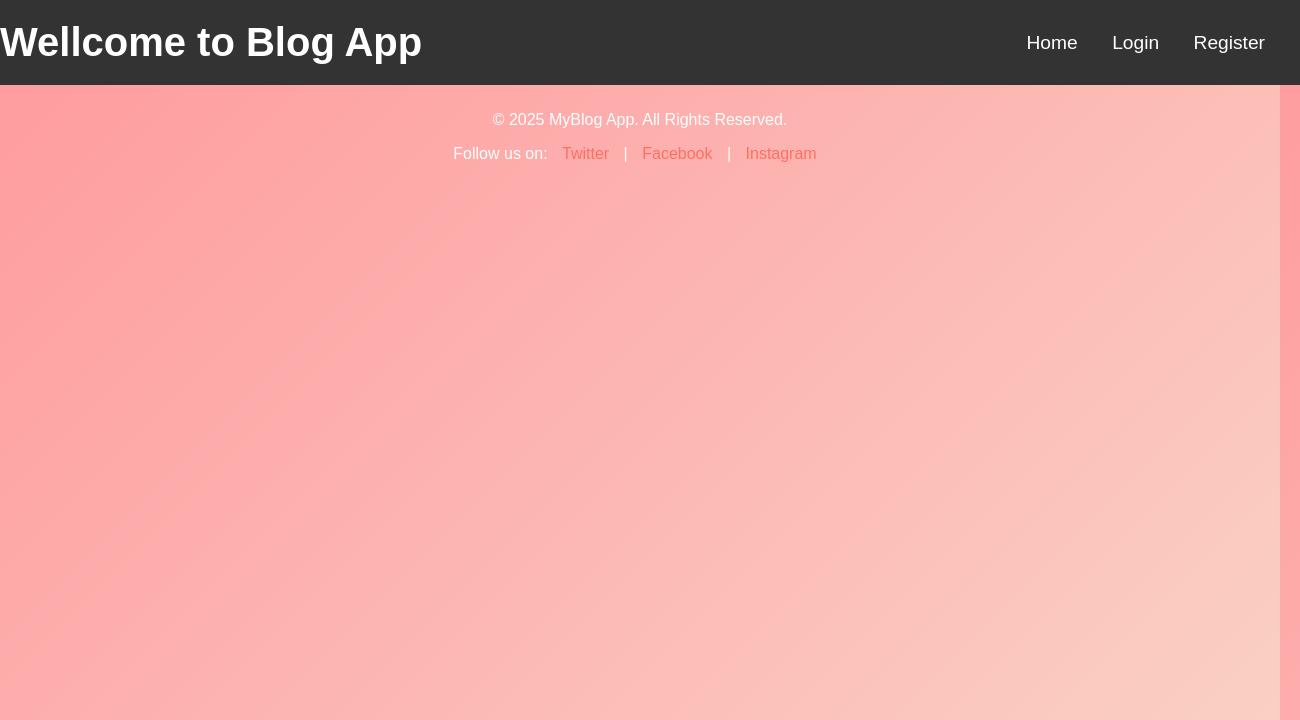
Repository: kapucuonur/blog_App
Page: posts/templates/posts/base.html
The author's editor kept a copy of each file at every save. The page is drawn from the files as they stood at one save, then again after the next save.
The browser window is 1280 px wide. The page is 1300 px wide, so the pictures cover 1300 px, including what lies to the right of the window. The pictures show the whole page.
The template is drawn by Django 4.2. The application's start-up code is not run. Other server files are loaded and not shown. The template is opened directly, without the code that normally fills it, so the values that code supplies are empty.

Above is the page before, as saved 2025-01-28 13:36:29.

### posts/templates/posts/base.html
{% load static %}
<!DOCTYPE html>
<html lang="en">
<head>
    <meta charset="UTF-8">
    <meta name="viewport" content="width=device-width, initial-scale=1.0">
    <title>Blog App</title>
    <link rel="stylesheet" href="{% static 'css/styles.css' %}">
</head>
<body>
    <header>
        <h1> Wellcome to Blog App</h1>
        <nav>
            <a href="{% url 'index' %}">Home</a>
            {% if user.is_authenticated %}
                <a href="{% url 'logout' %}">Logout</a>
            {% else %}
                <a href="{% url 'login' %}">Login</a>
                <a href="{% url 'register' %}">Register</a>
            {% endif %}
        </nav>
    </header>


    <main>
        {% block content %}
        {% endblock %}
    </main>
</body>
<footer>
    <p>&copy; 2025 MyBlog App. All Rights Reserved.</p>
    <p>Follow us on:
        <a href="https://twitter.com" target="_blank">Twitter</a> |
        <a href="https://facebook.com" target="_blank">Facebook</a> |
        <a href="https://instagram.com" target="_blank">Instagram</a>
    </p>
</footer>
</html>

### static/css/styles.css
/* General styling */
body {
    font-family: Arial, sans-serif;
    margin: 0;
    padding: 0;
    display: flex;
    flex-direction: column;
    align-items: center;
    justify-content: flex-start;
    height: 100vh;
    background: linear-gradient(135deg, #ff9a9e, #fad0c4);
    animation: backgroundMove 5s infinite alternate;
    box-sizing: border-box;
}

@keyframes backgroundMove {
    from {
        background-position: 0% 50%;
    }
    to {
        background-position: 100% 50%;
    }
}

/* Header and Navigation */
header {
    width: 100%;
    background-color: #333;
    color: white;
    padding: 20px;
    display: flex;
    justify-content: space-between;
    align-items: center;
}

header h1 {
    margin: 0;
    font-size: 2.5rem;
}

nav a {
    color: white;
    margin: 0 15px;
    text-decoration: none;
    font-size: 1.2rem;
    transition: color 0.3s ease;
}

nav a:hover {
    color: #ff6f61;
}

/* Welcome message styling */
.welcome-message {
    text-align: center;
    margin-top: 30px;
    color: #444;
}

.welcome-message h2 {
    font-size: 2rem;
    color: #333;
}

.welcome-message p {
    font-size: 1.2rem;
    color: #555;
}

/* Posts container */
.posts-container {
    display: flex;
    justify-content: center;
    margin-top: 30px;
}

.posts {
    width: 70%;
    max-width: 800px;
}

.post {
    background-color: #fff;
    padding: 20px;
    margin-bottom: 20px;
    border-radius: 10px;
    box-shadow: 0 4px 15px rgba(0, 0, 0, 0.1);
}

.post h4 {
    margin: 0;
    font-size: 1.5rem;
    color: #333;
}

.post p {
    font-size: 1.2rem;
    color: #555;
}

.author {
    font-size: 1rem;
    color: #777;
    margin-top: 10px;
    font-style: italic;
}

/* Form styling */
form {
    background: #fff;
    padding: 30px;
    border-radius: 10px;
    box-shadow: 0 4px 15px rgba(0, 0, 0, 0.1);
    width: 300px;
    animation: slideDown 0.6s ease-in-out;
}

/* Heading inside the form */
form h2 {
    margin-bottom: 20px;
    color: #444;
    text-align: center;
    animation: fadeIn 1s ease-in-out;
}

/* Input styling */
form input {
    width: 100%;
    padding: 12px;
    margin-bottom: 20px;
    border: 1px solid #ccc;
    border-radius: 5px;
    font-size: 16px;
    box-shadow: inset 0 2px 5px rgba(0, 0, 0, 0.1);
    transition: border-color 0.3s ease, box-shadow 0.3s ease;
}

form input:focus {
    border-color: #ff6f61;
    box-shadow: 0 0 8px rgba(255, 111, 97, 0.5);
    outline: none;
}

/* Button styling */
form button {
    width: 100%;
    padding: 12px;
    background: #ff6f61;
    color: white;
    border: none;
    border-radius: 5px;
    font-size: 16px;
    font-weight: bold;
    cursor: pointer;
    transition: background 0.3s ease, transform 0.2s ease;
}

form button:hover {
    background: #e64c3c;
    transform: translateY(-2px);
}

/* Link styling */
form a {
    display: block;
    text-align: center;
    margin-top: 15px;
    text-decoration: none;
    color: #555;
    font-size: 14px;
    transition: color 0.3s ease;
}

form a:hover {
    color: #ff6f61;
}

/* Animations */
@keyframes slideDown {
    from {
        opacity: 0;
        transform: translateY(-20px);
    }
    to {
        opacity: 1;
        transform: translateY(0);
    }
}

@keyframes fadeIn {
    from {
        opacity: 0;
    }
    to {
        opacity: 1;
    }
}
/* Footer styling */
footer {
    width: 100%;
   height: 50px;
    color: white;
    padding: 10px 0;
    text-align: center;
    font-size: 1rem;
    position: relative;
    bottom: 0;
    left: 0;
}

/* Footer links styling */
footer a {
    color: #ff6f61;
    text-decoration: none;
    margin: 0 10px;
    transition: color 0.3s ease;
}

/* Footer links hover effect */
footer a:hover {
    color: white;
}

After the next save:
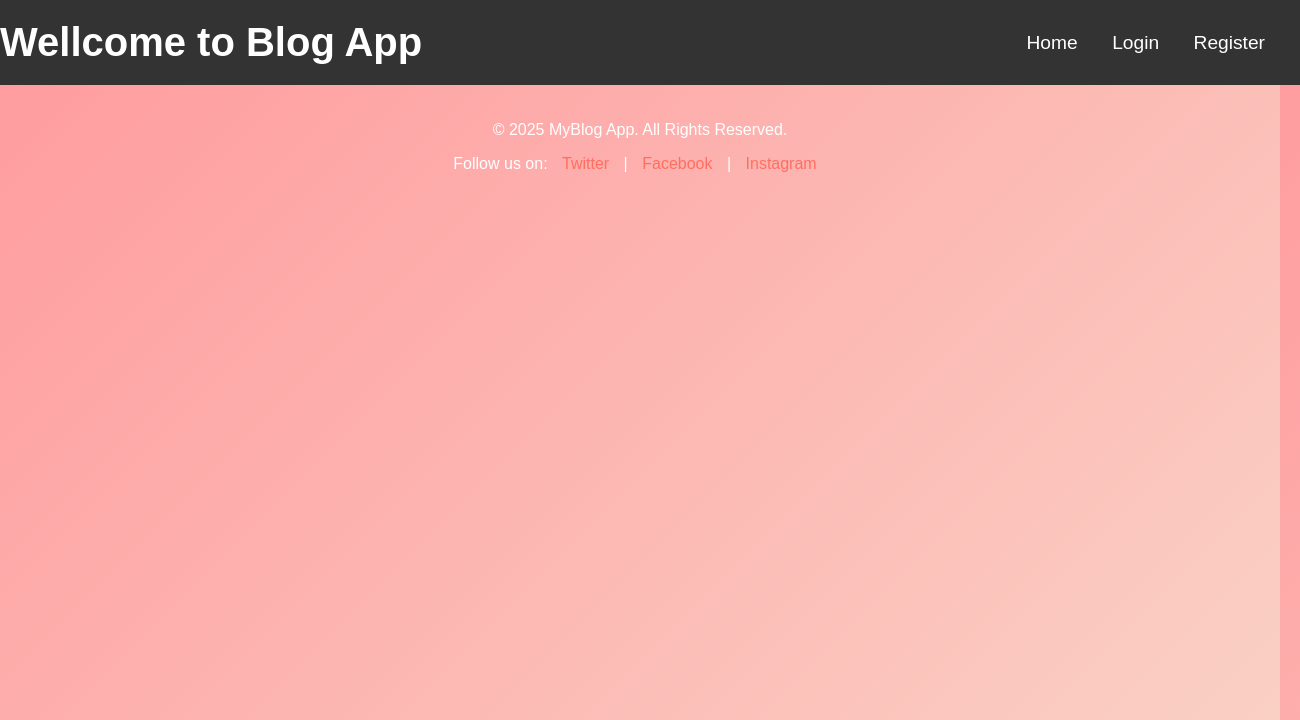
Saved 13 s later.
--- a/static/css/styles.css
+++ b/static/css/styles.css
@@ -200,7 +200,7 @@ footer {
     width: 100%;
    height: 50px;
     color: white;
-    padding: 10px 0;
+    padding: 20px 0;
     text-align: center;
     font-size: 1rem;
     position: relative;
